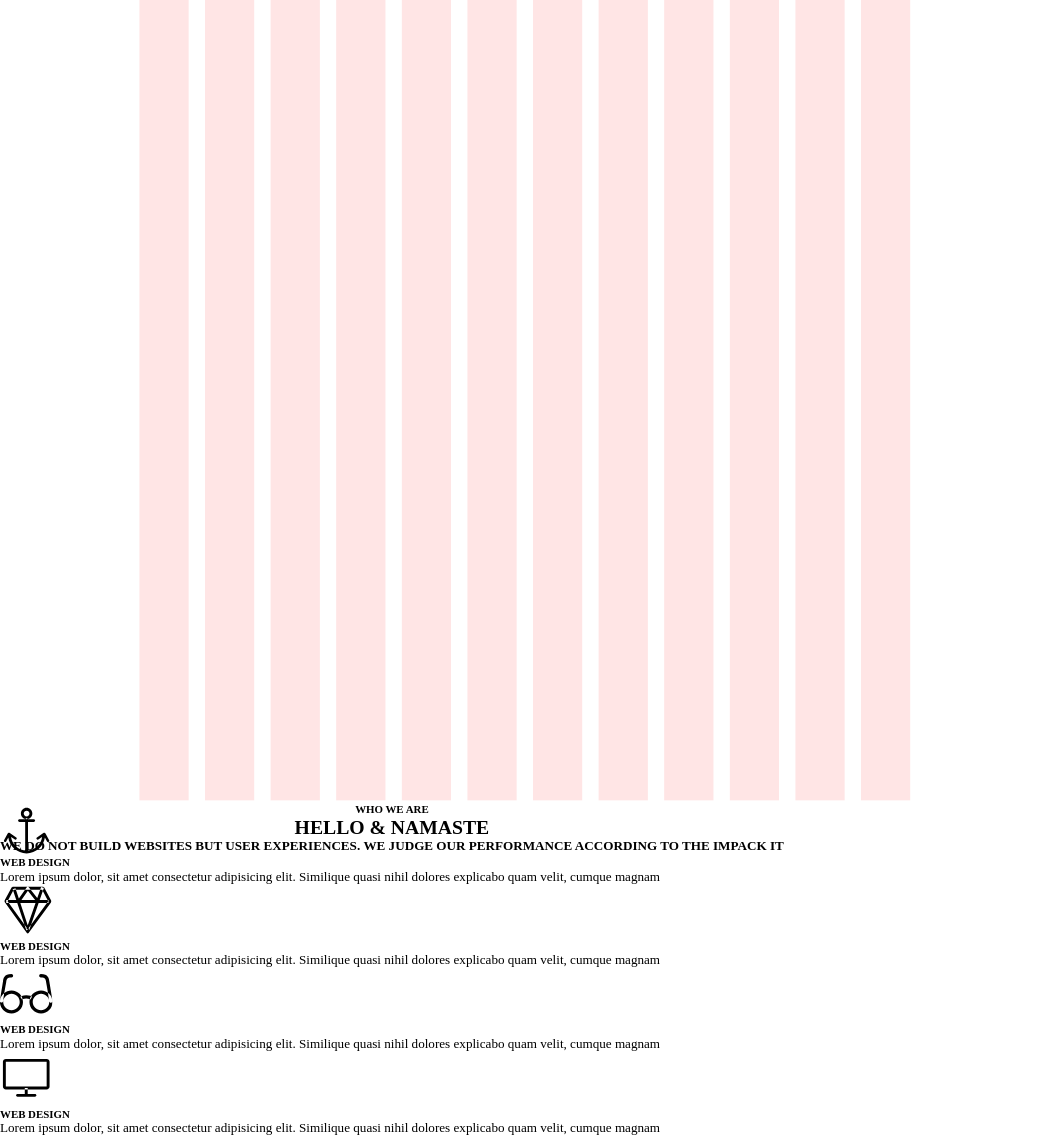
Repository: shpakovskaya/github.io
Page: boxsizing/namastegreen/index.html
These files come from the project's save history. The page is drawn as it stood at one moment and after the next save; the edit follows.
The browser window is 1280 px wide. The pictures show the whole page, at 82% of full size.

Above is the page before, as saved 2021-11-18 17:47:56.

After the next save:
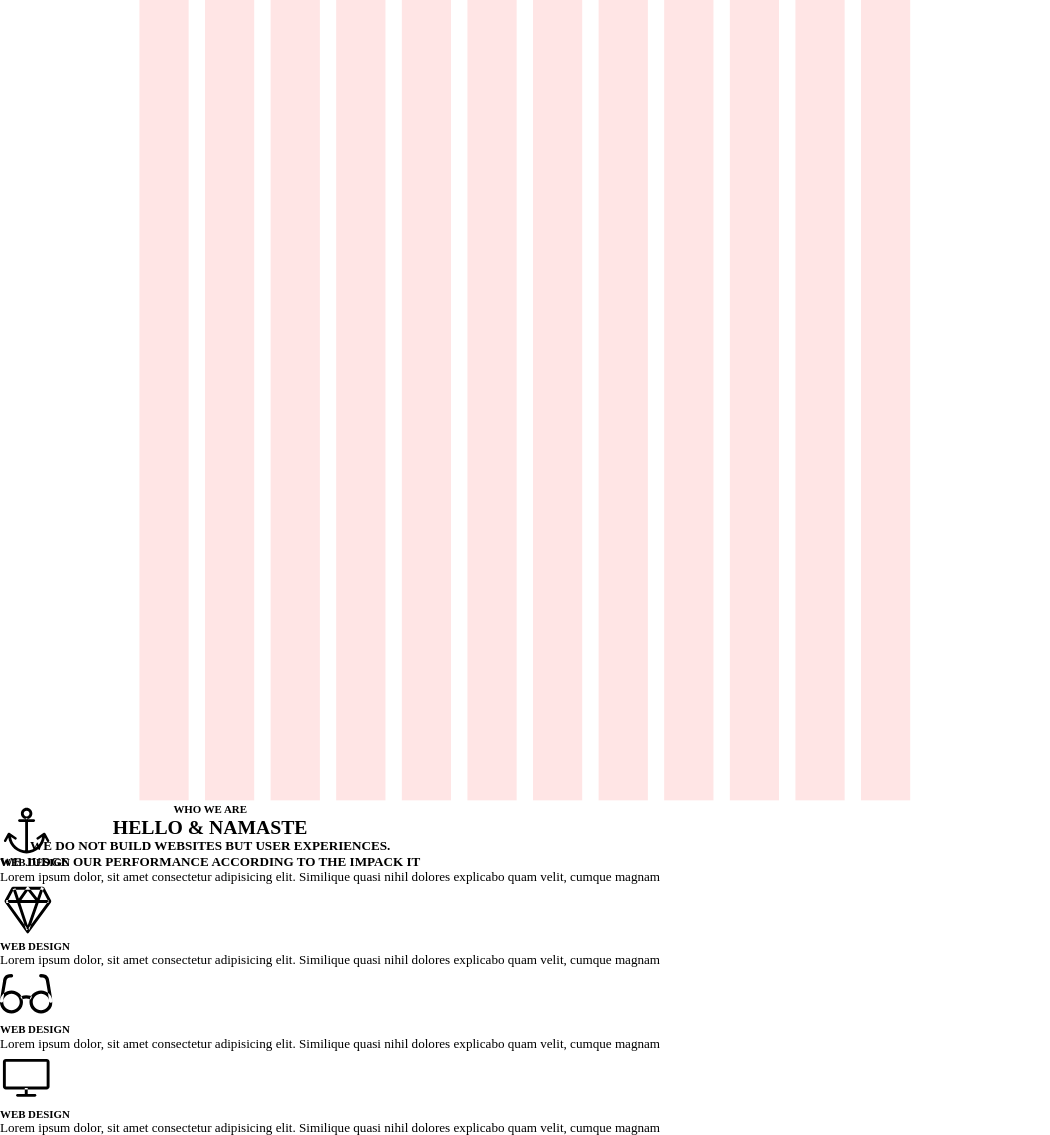
Saved 16 s later.
--- a/boxsizing/namastegreen/index.html
+++ b/boxsizing/namastegreen/index.html
@@ -34,7 +34,7 @@
           <h2 class="e-header__two">HELLO & NAMASTE</h2>
           <h4 class="e-header__three">
             WE DO NOT BUILD WEBSITES BUT USER EXPERIENCES.
-            <b>WE JUDGE OUR PERFORMANCE ACCORDING TO THE IMPACK IT</b>
+            <br>WE JUDGE OUR PERFORMANCE ACCORDING TO THE IMPACK IT</br>
           </h4>
         </header>
       </header>
